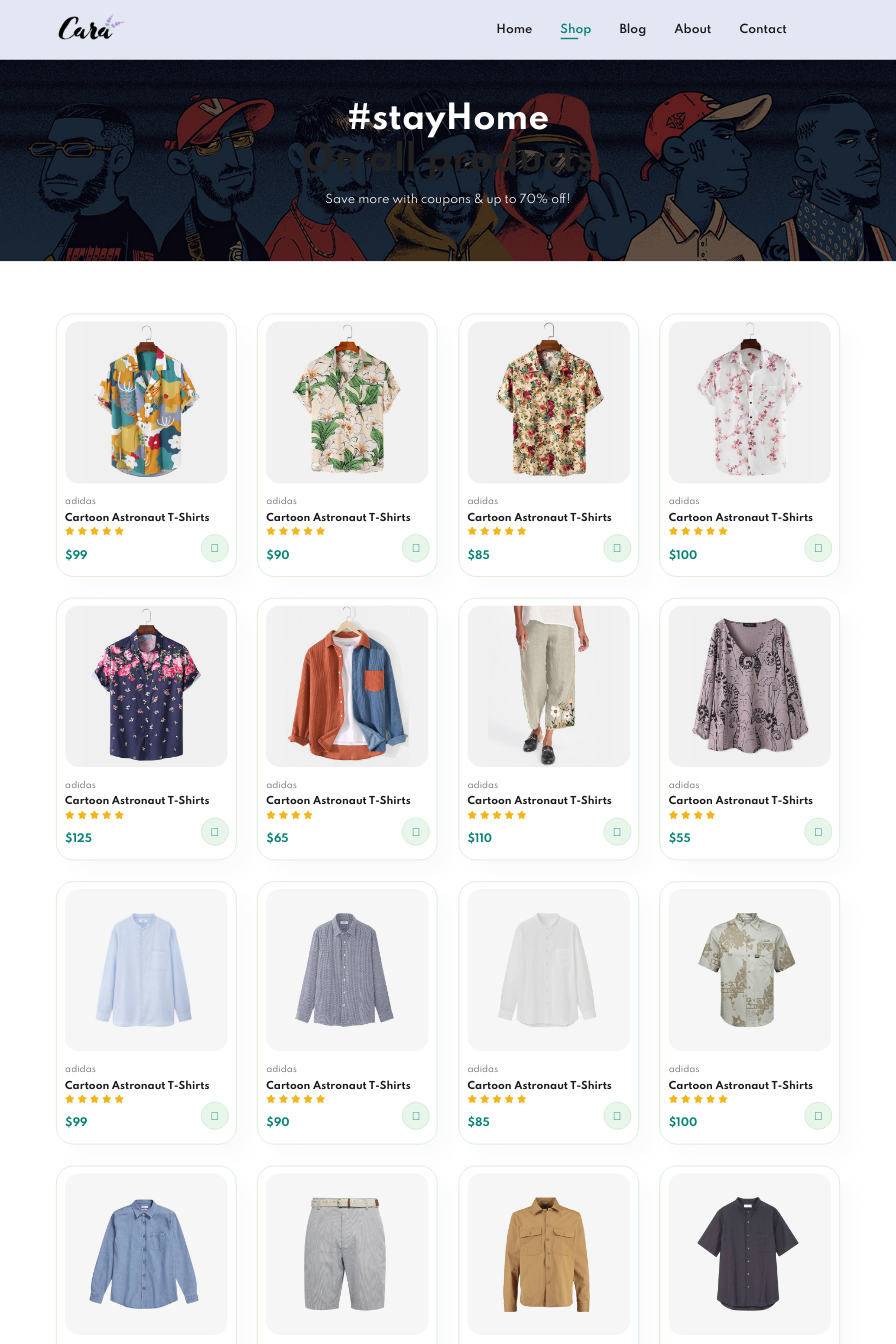
Repository: MinhNhatIT2901/Ecommerce
Page: shop.html
An editor plug-in stored every save of this project. The page is shown before and after the next save, followed by the edit.
The browser window is 1280 px wide. The pictures show the part of the page from y = 0 to 1920 px (the page is 2847 px tall), at 70% of full size.
Some web libraries are served in a nearby version.

Above is the page before, as saved 2022-01-11 21:19:04.

After the next save:
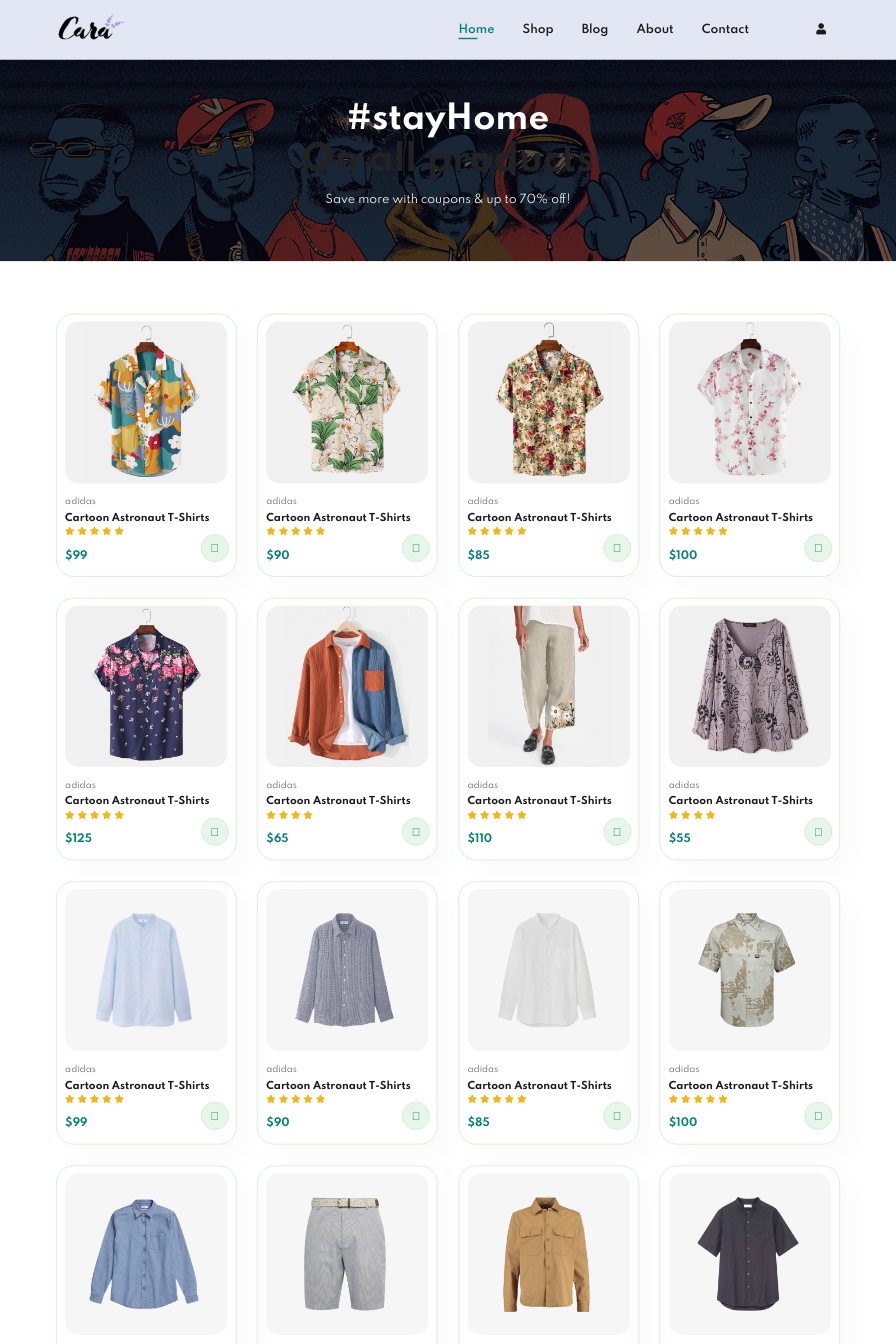
Saved 26 s later.
--- a/shop.html
+++ b/shop.html
@@ -12,16 +12,17 @@
 
     <section id="header">
         <a href="">
-            <img src="imgs/img/logo.png" alt="" class="logo">
+            <img src="./imgs/img/logo.png" alt="" class="logo">
         </a>
         <div>
             <ul id="navbar">
-                <li><a href="index.html">Home</a></li>
-                <li><a class="active" href="shop.html">Shop</a></li>
+                <li><a class="active" href="index.html">Home</a></li>
+                <li><a href="shop.html">Shop</a></li>
                 <li><a href="blog.html">Blog</a></li>
                 <li><a href="about.html">About</a></li>
                 <li><a href="contact.html">Contact</a></li>
                 <li id="lg-bar"><a href="cart.html"><i class="far fa-shopping-bag"></i></a></li>
+                <li><a href="login.html"><i class="fas fa-user"></i></a></li>
                 <a href="#" id="close">
                     <i class="far fa-times"></i>
                 </a>
